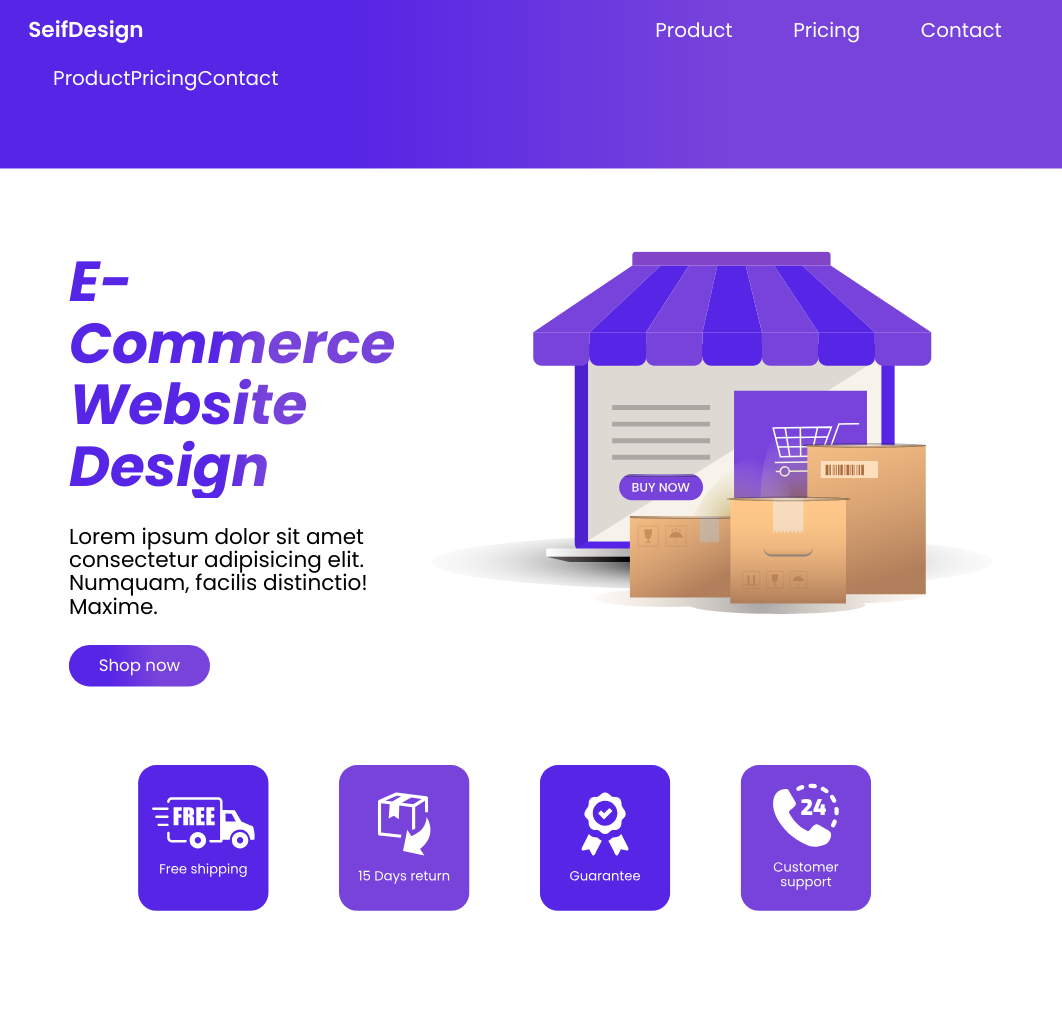
Repository: NatiqSamiyev/commers-desing-JS
Page: index.html
The author's editor kept a copy of each file at every save. The page is drawn from the files as they stood at one save, then again after a run of saves.
The browser window is 1280 px wide. The pictures show the whole page, at 83% of full size.
Some web fonts or font styles are not loaded; a fallback is used.

Above is the page before, as saved 2023-11-06 12:07:06.

After the next 2 saves:
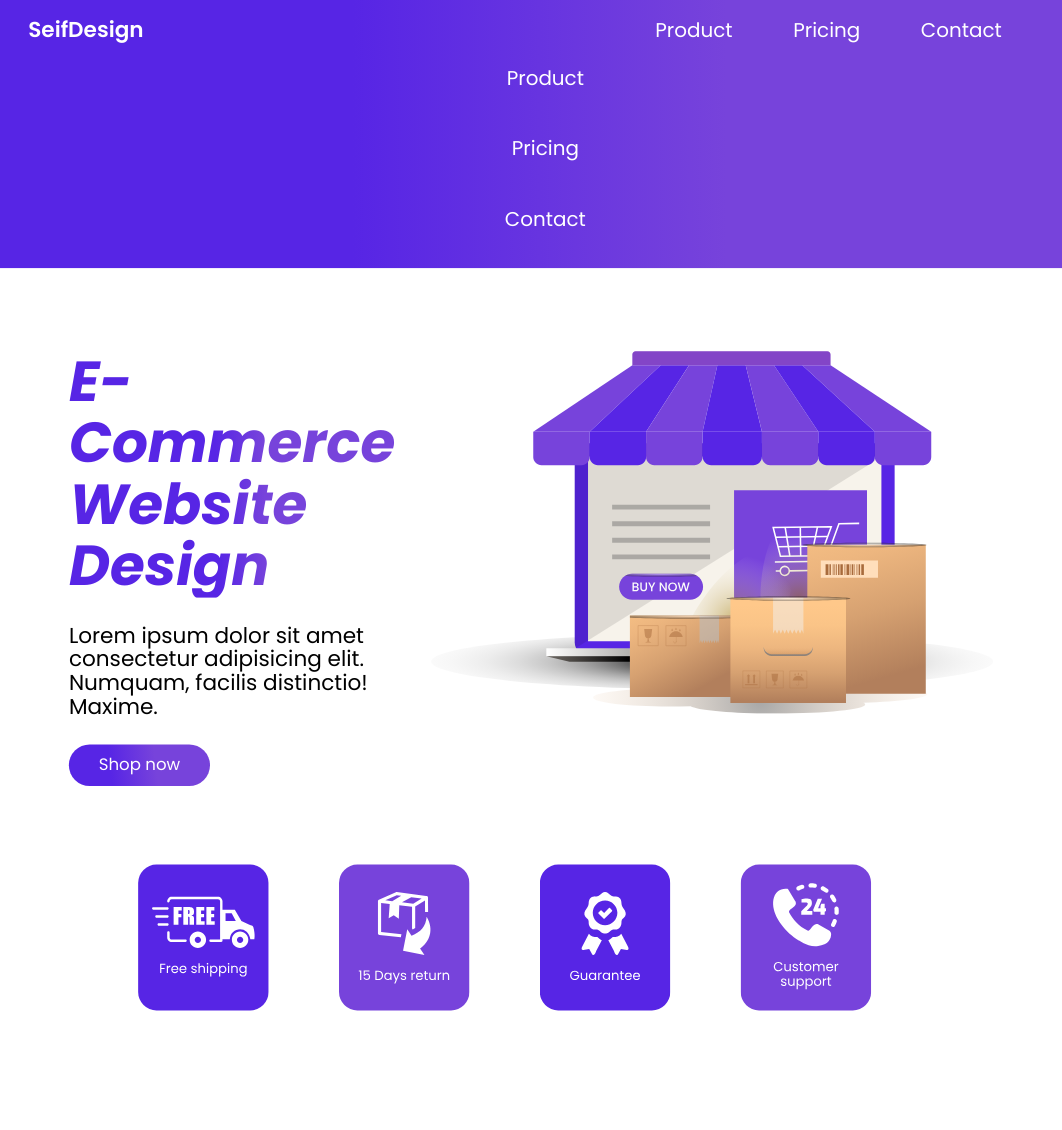
The 2 saves are shown as one change because they came seconds apart.
The last was saved 7 s later.
--- a/index.css
+++ b/index.css
@@ -60,10 +60,11 @@
 .top-container .menu-box {
   padding: 21px 30px;
   display: flex;
-  flex-direction: ;
+  flex-direction: column;
+  gap: 50px;
 }
 .top-container .menu-box a{
-  margin-bottom: 50px;
+  /* margin-bottom: 50px; */
   color: #FFF;
 text-align: center;
 font-family: Poppins;
